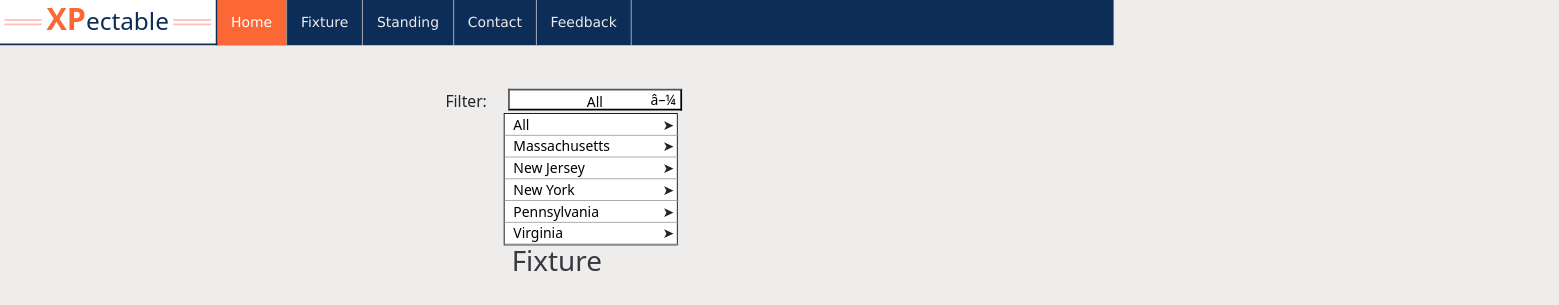
Repository: allanmanno/Xpectable
Page: http://localhost/xpec/fixture.jsp?league_id=-1
The author's editor kept a copy of each file at every save. The page is drawn from the files as they stood at one save, then again after the next save.
The browser window is 1280 px wide. The page is 1792 px wide, so the pictures cover 1792 px, including what lies to the right of the window. The pictures show the whole page, at 87% of full size.
After loading, the first visible `#drop-btn` was clicked once.
The page is served by Tomcat 9. Queries for data that is not in the repository find no rows.

Above is the page before, as saved 2024-05-16 22:35:50.

After the next save:
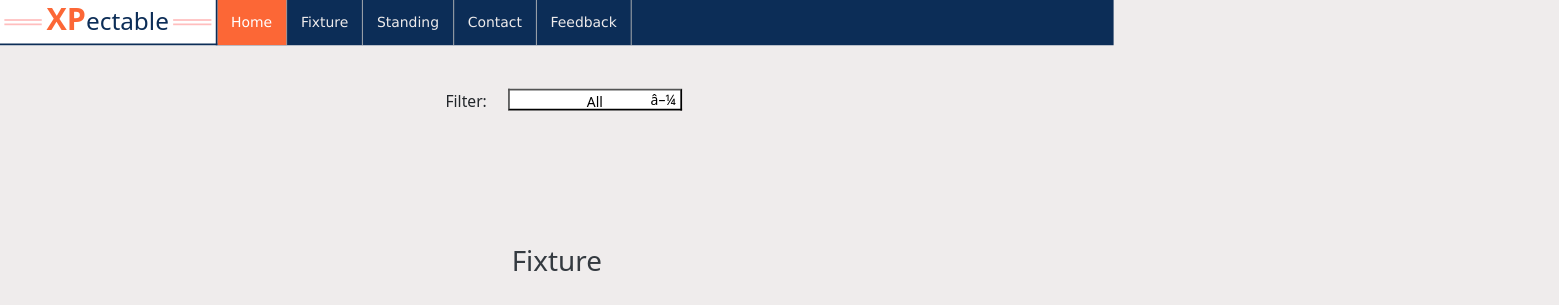
Console error: ReferenceError: dropdownFunction is not defined
Saved 49 s later.
--- a/xpec/src/main/webapp/resources/js/fixture.js
+++ b/xpec/src/main/webapp/resources/js/fixture.js
@@ -1,25 +1,24 @@
-function dropdownFunction(){
-    document.getElementById("drop-content").classList.toggle("show");
+function filterFixture(leagueId){
+    // Make an AJAX request to fetch fixture data for the selected league
+    fetch("fetchFixture.jsp?league_id=" + leagueId) // Ensure URL parameter name matches the one expected by fetchFixture.jsp
+        .then(response => response.text())
+        .then(data => {
+            // Update the fixture table with the fetched data
+            document.getElementById("fixtureTable").innerHTML = data; // Ensure there's an element with id "fixtureTable" to update
+        })
+        .catch(error => {
+            console.error('Error:', error);
+        });
 }
 
-window.onclick = function(event) {
-    if (!event.target.matches('.dropdown-btn')) {
-      var dropdowns = document.getElementsByClassName("dropdown-content");
-      var i;
-      for (i = 0; i < dropdowns.length; i++) {
-        var openDropdown = dropdowns[i];
-        if (openDropdown.classList.contains('show')) {
-          openDropdown.classList.remove('show');
-        }
-      }
-    }
-  }
+
+
 // Event listener for filter dropdown links
 document.querySelectorAll('.dropdown-content a').forEach(item => {
     item.addEventListener('click', event => {
         event.preventDefault(); // Prevent default link behavior
 
         var leagueId = item.getAttribute('href').split("=")[1]; // Extract league ID from href
-        filterStanding(leagueId); // Filter standing data based on selected league ID
+        filterFixture(leagueId); // Filter fixture data based on selected league ID
     });
 });

After the save that followed:
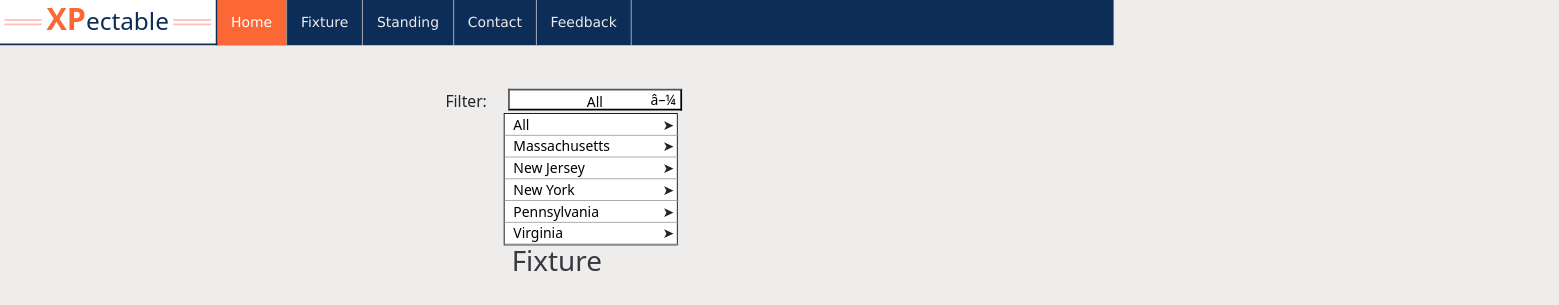
The error is gone.
Saved 14 s later.
--- a/xpec/src/main/webapp/resources/js/fixture.js
+++ b/xpec/src/main/webapp/resources/js/fixture.js
@@ -1,24 +1,25 @@
-function filterFixture(leagueId){
-    // Make an AJAX request to fetch fixture data for the selected league
-    fetch("fetchFixture.jsp?league_id=" + leagueId) // Ensure URL parameter name matches the one expected by fetchFixture.jsp
-        .then(response => response.text())
-        .then(data => {
-            // Update the fixture table with the fetched data
-            document.getElementById("fixtureTable").innerHTML = data; // Ensure there's an element with id "fixtureTable" to update
-        })
-        .catch(error => {
-            console.error('Error:', error);
-        });
+function dropdownFunction(){
+    document.getElementById("drop-content").classList.toggle("show");
 }
 
-
-
+window.onclick = function(event) {
+    if (!event.target.matches('.dropdown-btn')) {
+      var dropdowns = document.getElementsByClassName("dropdown-content");
+      var i;
+      for (i = 0; i < dropdowns.length; i++) {
+        var openDropdown = dropdowns[i];
+        if (openDropdown.classList.contains('show')) {
+          openDropdown.classList.remove('show');
+        }
+      }
+    }
+  }
 // Event listener for filter dropdown links
 document.querySelectorAll('.dropdown-content a').forEach(item => {
     item.addEventListener('click', event => {
         event.preventDefault(); // Prevent default link behavior
 
         var leagueId = item.getAttribute('href').split("=")[1]; // Extract league ID from href
-        filterFixture(leagueId); // Filter fixture data based on selected league ID
+        filterStanding(leagueId); // Filter standing data based on selected league ID
     });
 });
